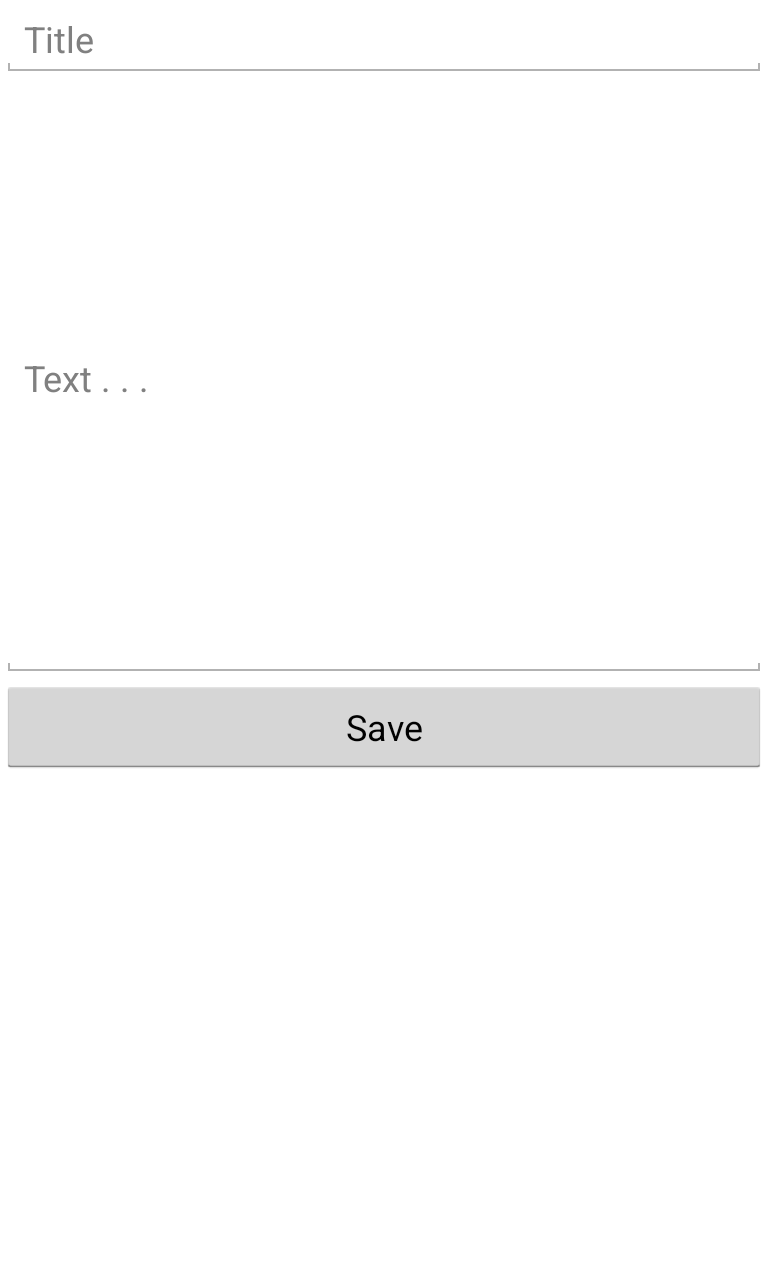
Repository: isitso/android_class
Layout: MyNotes/res/layout/note.xml
These files come from the project's save history. The layout is drawn as it stood at one moment and after the next save; the edit follows.
It is drawn on a 768 x 1280 px phone screen (xhdpi) without system bars, with theme AppTheme; the app's code is not run.

Above is the layout before, as saved 2014-05-05 22:36:32.

### MyNotes/res/layout/note.xml
<?xml version="1.0" encoding="utf-8"?>
<LinearLayout xmlns:android="http://schemas.android.com/apk/res/android"
    android:layout_width="match_parent"
    android:layout_height="match_parent"
    android:orientation="vertical" >

    <EditText
        android:id="@+id/title"
        android:layout_width="match_parent"
        android:layout_height="wrap_content"
        android:ems="10"
        android:hint="Title"
        android:layout_gravity="1" >
    </EditText>

    <EditText
        android:id="@+id/text"
        android:layout_width="match_parent"
        android:layout_height="300dp"
        android:ems="10"
        android:inputType="textMultiLine"
        android:hint="Text . . ."
        android:layout_gravity="1" />

    <Button
        android:id="@+id/save"
        android:layout_width="match_parent"
        android:layout_height="wrap_content"
        android:text="Save" />

</LinearLayout>

Loaded but not shown: MyNotes/res/values/styles.xml (common file); MyNotes/res/values-v11/styles.xml (common file); MyNotes/res/values-v14/styles.xml (common file)

After the next save:
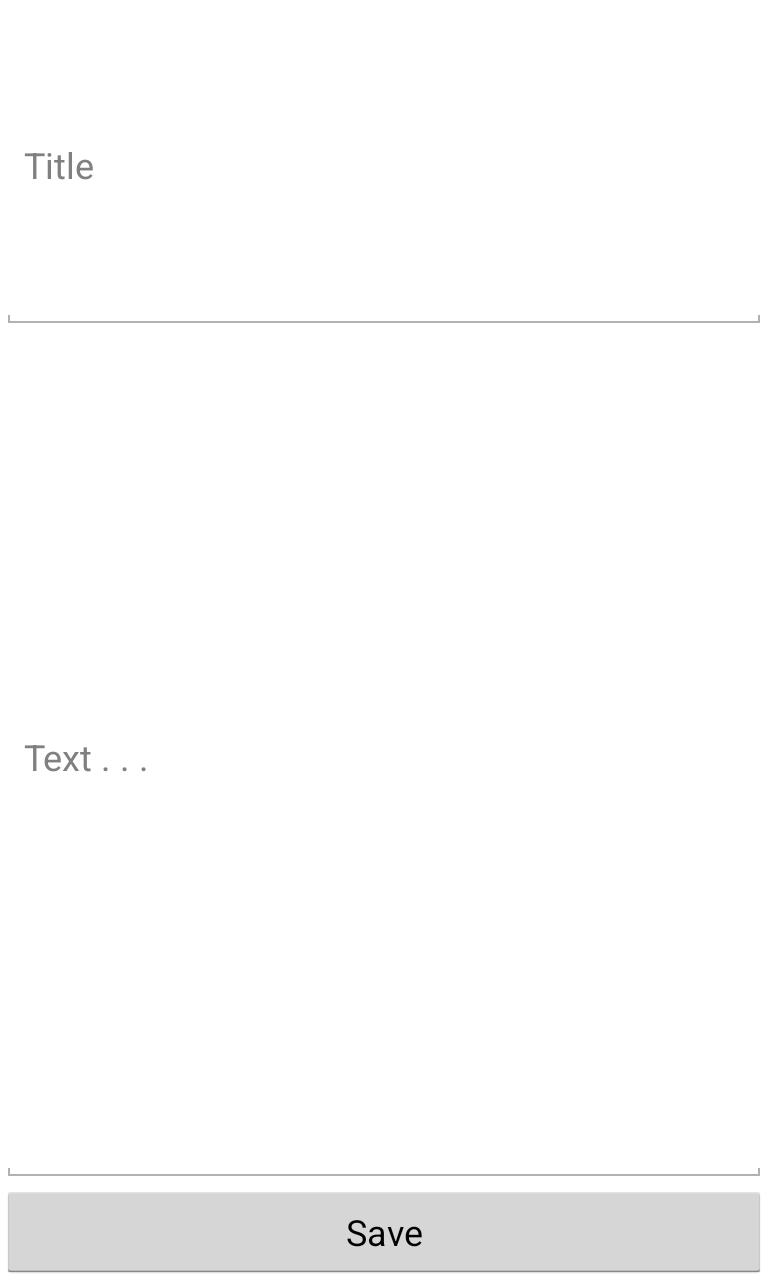
Saved 47 s later.
--- a/MyNotes/res/layout/note.xml
+++ b/MyNotes/res/layout/note.xml
@@ -10,7 +10,7 @@
         android:layout_height="wrap_content"
         android:ems="10"
         android:hint="Title"
-        android:layout_gravity="1" >
+        android:layout_weight="1" >
     </EditText>
 
     <EditText
@@ -20,7 +20,7 @@
         android:ems="10"
         android:inputType="textMultiLine"
         android:hint="Text . . ."
-        android:layout_gravity="1" />
+        android:layout_weight="1" />
 
     <Button
         android:id="@+id/save"
